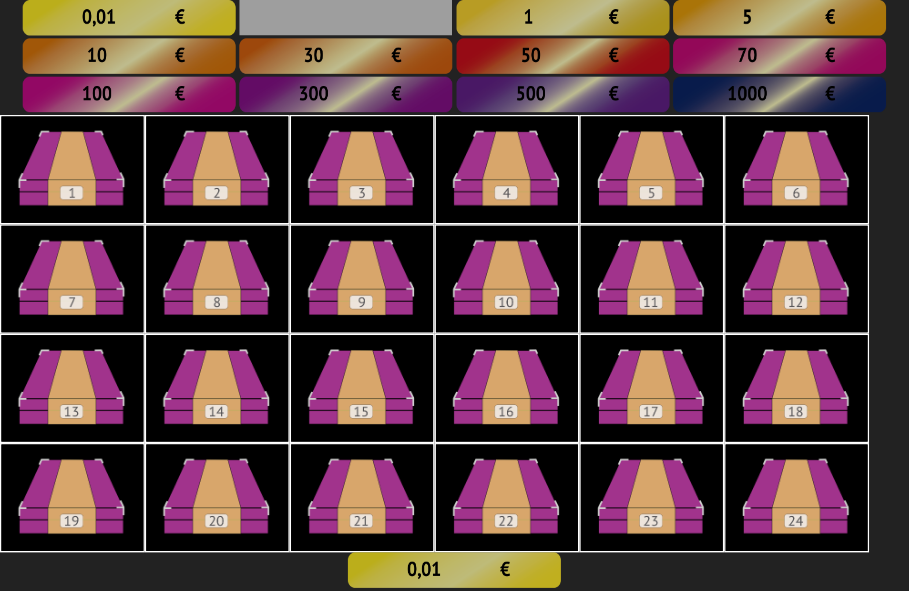
Repository: elnacp/Deal_or_no_deal
Page: DealOrNoDeal/index.html
These files come from the project's save history. The page is drawn as it stood at one moment and after the next save; the edit follows.
The browser window is 1280 px wide. The pictures show the whole page, at 71% of full size.
Pictures or frames that could not be fetched are drawn as grey boxes. Some web libraries are served in a nearby version.

Above is the page before, as saved 2017-11-25 23:37:38.

### DealOrNoDeal/index.html
<!DOCTYPE html>
<html>
<head>
    <meta charset="utf-8" />
    <meta name="viewport" content="width=device-width, initial-scale=1.0, maximum-scale=1.0">
    <meta name="description" content="Tizen TV basic template generated by Samsung TV Web IDE"/>

    <title>Tizen TV Web IDE - Tizen TV - Tizen TV basic Application</title>

	<!-- jQuery library -->
	<script src="https://ajax.googleapis.com/ajax/libs/jquery/3.1.1/jquery.min.js"></script>

    <link rel="stylesheet" type="text/css" href="css/style.css"/>
    <script src="js/main.js"></script>
</head>

<body>
	<div id="container">
		<div id = "left">
			<input type="image"  id ="prizes" src="./img/prizes/0,01.png"   />
			<input type="image"  id ="prizes" src="./img/prizes/0,05.png"   />
			<input type="image"  id ="prizes" src="./img/prizes/1.png"  	/>
			<input type="image"  id ="prizes" src="./img/prizes/5.png"  	/>
			<input type="image"  id ="prizes" src="./img/prizes/10.png"     />
			<input type="image"  id ="prizes" src="./img/prizes/30.png"     />
			<input type="image"  id ="prizes" src="./img/prizes/50.png"     />
			<input type="image"  id ="prizes" src="./img/prizes/70.png"     />
			<input type="image"  id ="prizes" src="./img/prizes/100.png"    />
			<input type="image"  id ="prizes" src="./img/prizes/300.png"    />
			<input type="image"  id ="prizes" src="./img/prizes/500.png"    />
			<input type="image"  id ="prizes" src="./img/prizes/1000.png"    />

		</div>
		<div id="central">
			<div id="chests">
				<input type="image"  id ="image" src="./img/chests/1.png"  />
				<input type="image"  id ="image" src="./img/chests/2.png"  />
				<input type="image"  id ="image" src="./img/chests/3.png"  />
				<input type="image"  id ="image" src="./img/chests/4.png"  />
				<input type="image"  id ="image" src="./img/chests/5.png"  />
				<input type="image"  id ="image" src="./img/chests/6.png"  />
			</div>
			<div id="chests">
				<input type="image"  id ="image" src="./img/chests/7.png"   />
				<input type="image"  id ="image" src="./img/chests/8.png"   />
				<input type="image"  id ="image" src="./img/chests/9.png"   />
				<input type="image"  id ="image" src="./img/chests/10.png"  />
				<input type="image"  id ="image" src="./img/chests/11.png"  />
				<input type="image"  id ="image" src="./img/chests/12.png"  />
			</div>
			<div id="chests">
				<input type="image"  id ="image" src="./img/chests/13.png"  />
				<input type="image"  id ="image" src="./img/chests/14.png"  />
				<input type="image"  id ="image" src="./img/chests/15.png"  />
				<input type="image"  id ="image" src="./img/chests/16.png"  />
				<input type="image"  id ="image" src="./img/chests/17.png"  />
				<input type="image"  id ="image" src="./img/chests/18.png"  />
			</div>
			<div id="chests">
				<input type="image"  id ="image" src="./img/chests/19.png"  />
				<input type="image"  id ="image" src="./img/chests/20.png"  />
				<input type="image"  id ="image" src="./img/chests/21.png"  />
				<input type="image"  id ="image" src="./img/chests/22.png"  />
				<input type="image"  id ="image" src="./img/chests/23.png"  />
				<input type="image"  id ="image" src="./img/chests/24.png"  />
			</div>
		</div>
		<div id = "right">
			<input type="image"  id ="prizes" src="./img/prizes/0,01.png"  />
		</div>
	</div>

</body>

</html>

### DealOrNoDeal/css/style.css
* {
    font-family: Verdana, Lucida Sans, Arial, Helvetica, sans-serif;
}

body {
    margin: 0px auto;
    background-color:#222;
}

/*.contents {
	display: flex;
	display: -webkit-flex;
	box-sizing: border-box;
	-webkit-box-sizing: border-box;
	height:320px;
}


.content_text {
	font-weight:bold;
	font-size:5em;
	color:#fff;
}*/

#container {
  	text-align:center;
}



#prizes{
	width: 300px;
	height:50px;
}

#image{
	width:200px;
	height:150px;
	float:left;
	border: 2px solid white;
}

#chests{
	float:left;
}

### DealOrNoDeal/js/main.js

window.onload = function () {
    // TODO:: Do your initialization job

    // add eventListener for tizenhwkey
    document.addEventListener('tizenhwkey', function(e) {
        if(e.keyName == "back")
	try {
	    tizen.application.getCurrentApplication().exit();
	} catch (ignore) {
	}
    });



    // Sample code
    /*var textbox = document.querySelector('.contents');
    textbox.addEventListener("click", function(){
    	box = document.querySelector('#textbox');
    	box.innerHTML = box.innerHTML == "Basic" ? "Funciona" : "Basic";
    }); */


};

After the next save:
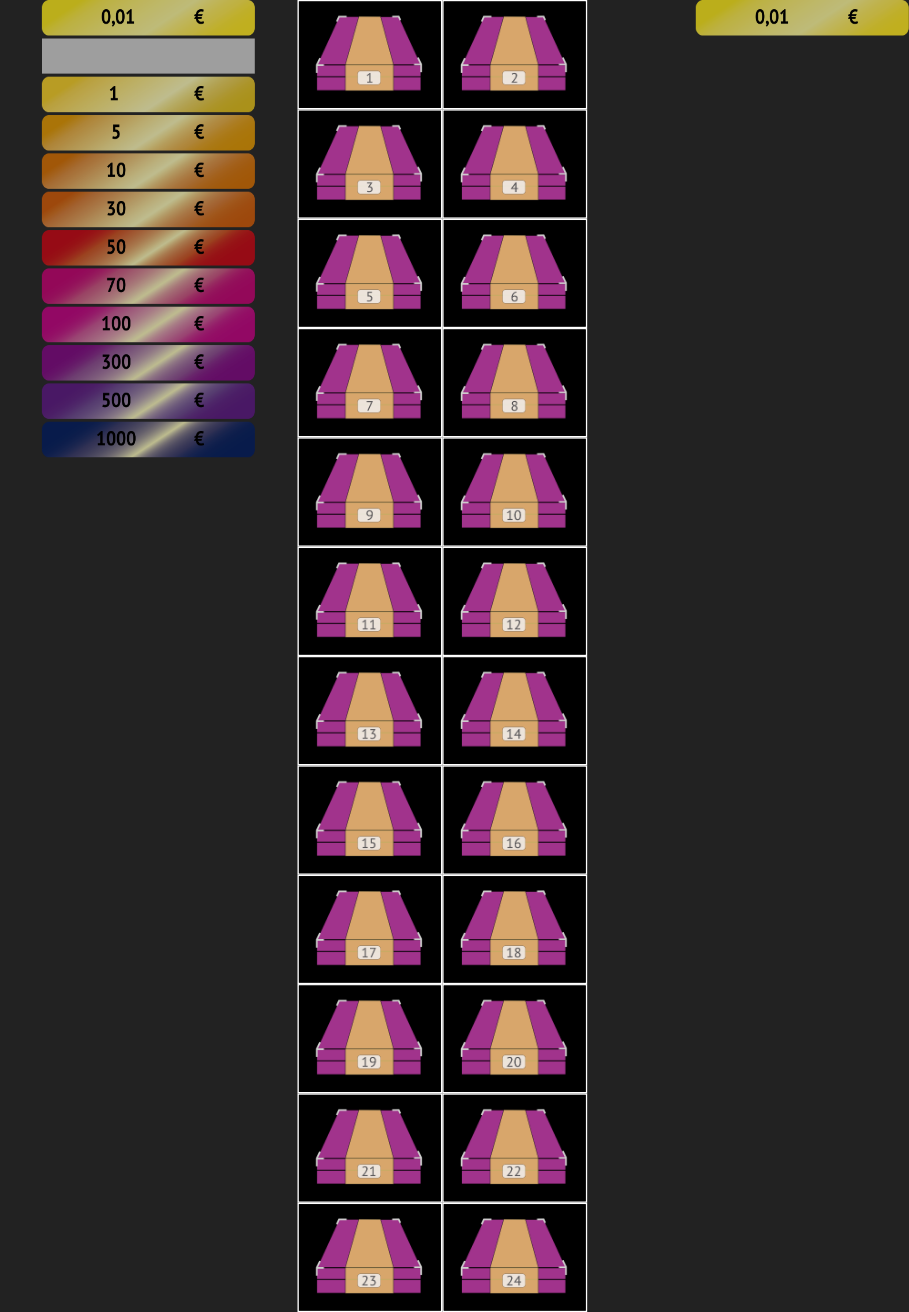
Saved 20 s later.
--- a/DealOrNoDeal/css/style.css
+++ b/DealOrNoDeal/css/style.css
@@ -23,7 +23,10 @@ body {
 }*/
 
 #container {
-  	text-align:center;
+	text-align:center;
+  	display: flex;
+  	flex-flow: row nowrap; /* Align on the same line */
+  	justify-content: space-between; /* Equal margin between the child elements */
 }
 
 
